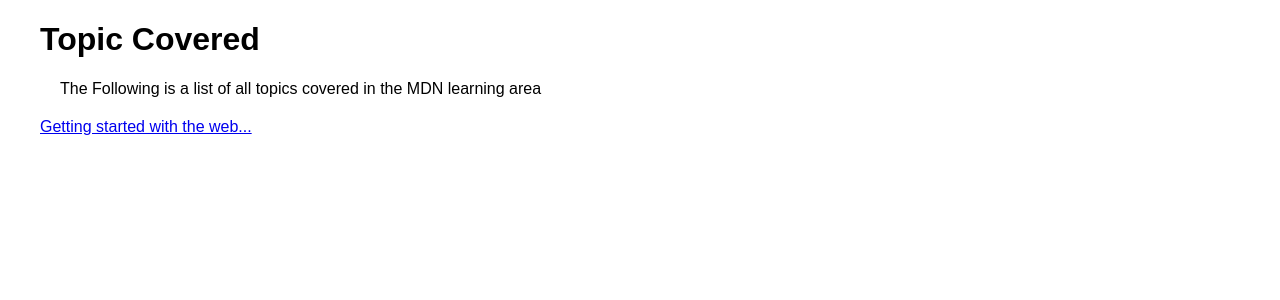
Repository: sriram1224/ReactProjects.github.io
Page: Assignments/Assignment1/index.html
An editor plug-in stored every save of this project. The page is shown before and after the next save, followed by the edit.
The browser window is 1280 px wide. The pictures show the whole page.

Above is the page before, as saved 2024-03-01 09:53:40.

### Assignments/Assignment1/index.html
<!DOCTYPE html>
<html>
<head>
  <script src="https://unpkg.com/react@18/umd/react.development.js"></script>
  <script src="https://unpkg.com/react-dom@18/umd/react-dom.development.js"></script>
  <style>
    body{
      margin-left: 40px;
      font-family: Arial, sans-serif;

    }
    #para{
      margin: 20px;
    }


  </style>
</head>

<body>

  <div id="root"></div>

  <script>

    const TopicHeader = () => React.createElement(
      'h1',
      {id: 'title'},
      'Topic Covered'
    );

    const TopicDescription = () => React.createElement(
      'p',
      {id: 'para'},
      'The Following is a list of all topics covered in the MDN learning area'
    );

    const TopicList = () => React.createElement(
      'div',
      null,
      [


        React.createElement('a', {href: 'http://example.com'}, 'Getting started with the web...')

      ]
    );

    ReactDOM.render(
      React.createElement(
        'div',
        null,
        [
          React.createElement(TopicHeader),
          React.createElement(TopicDescription),
          React.createElement(TopicList)
        ]
      ),
      document.getElementById('root')
    );

  </script>

</body>
</html>

After the next save:
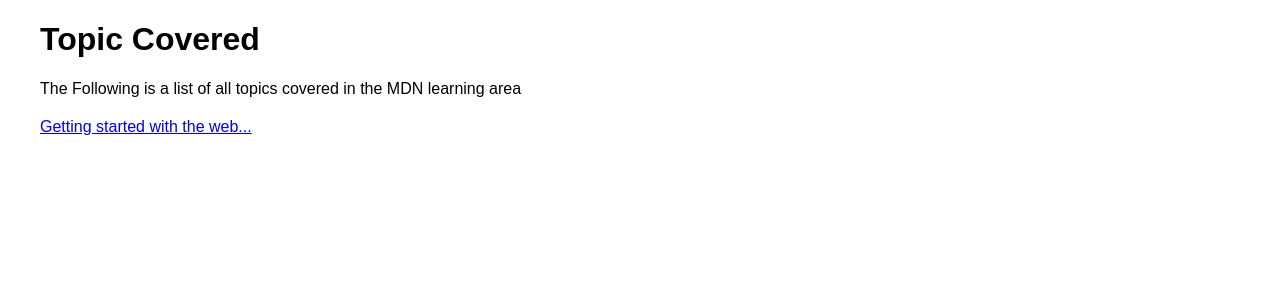
Saved 7 s later.
--- a/Assignments/Assignment1/index.html
+++ b/Assignments/Assignment1/index.html
@@ -10,7 +10,7 @@
 
     }
     #para{
-      margin: 20px;
+      margin-bottom: 20px;
     }
 
 
